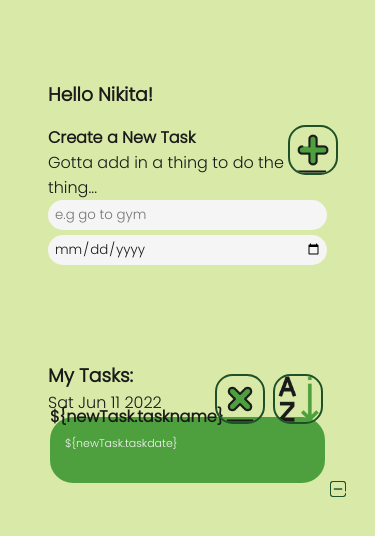
Repository: acidpixie/todo-app-version3
Page: index.html
An editor plug-in stored every save of this project. The page is shown before and after the next save, followed by the edit.
The browser window is 375 px wide. The pictures show the whole page.

Above is the page before, as saved 2022-06-11 23:41:53.

After the next save:
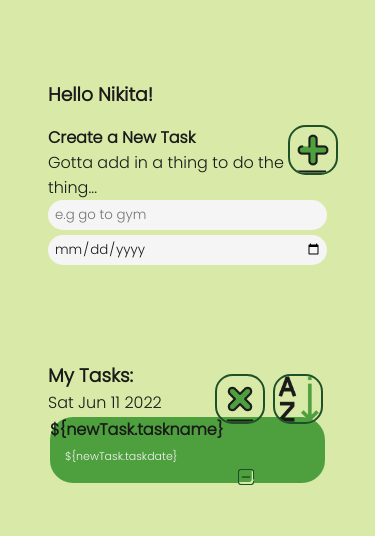
Saved 41 s later.
--- a/css/stylesheet.css
+++ b/css/stylesheet.css
@@ -161,7 +161,7 @@ h3 {
 @media screen and (max-width: 430px) {
 
     .delete-item {
-        margin-left: 300px;
+        margin-left: 100px;
 
 }
 
